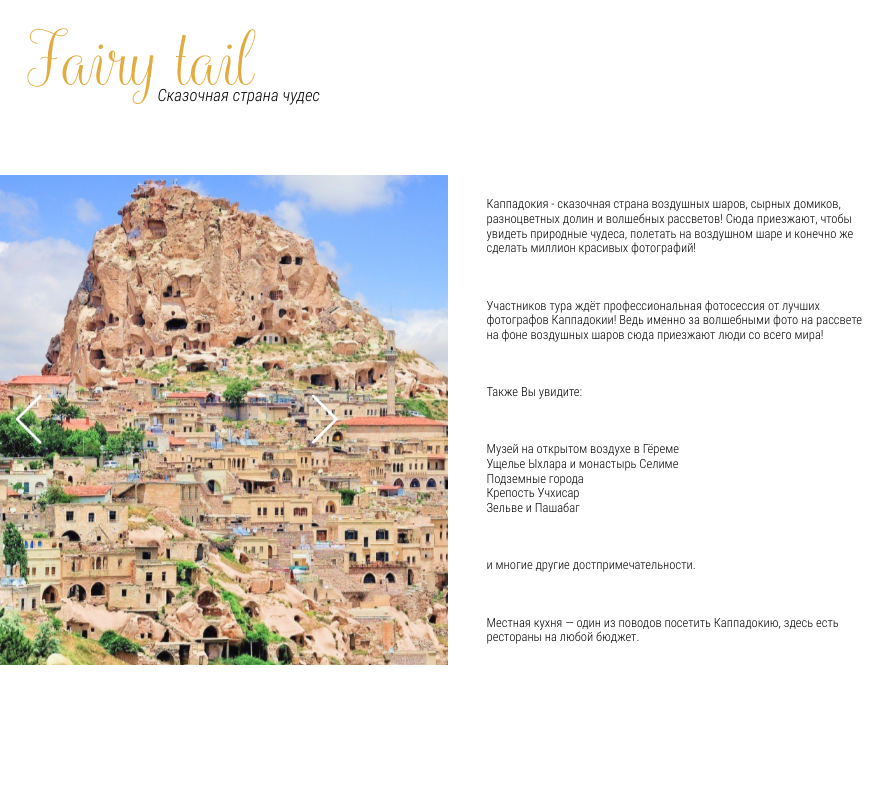
Repository: Lareeman/cappadocia
Page: index.html
The author's editor kept a copy of each file at every save. The page is drawn from the files as they stood at one save, then again after a run of saves.
The browser window is 1280 px wide. The pictures show the part of the page from y = 896 to 2816 px (the page is 2046 px tall before and 3458 px after), at 70% of full size.

Above is the page before, as saved 2024-01-27 14:12:29.

After the next 2 saves:
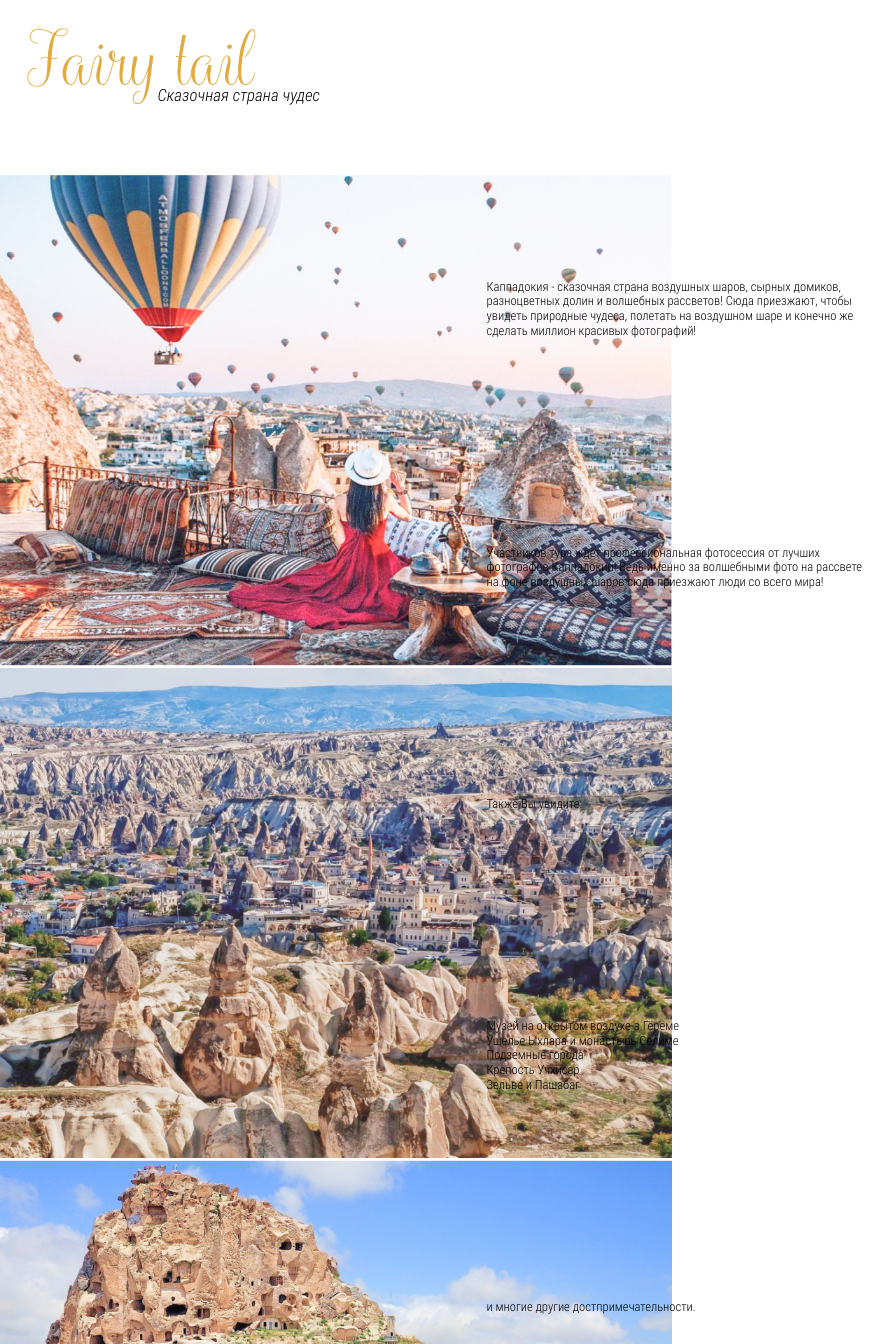
Console error: ReferenceError: fa is not defined
The 2 saves are shown as one change because they came seconds apart.
The last was saved 26 s later.
--- a/js/main.js
+++ b/js/main.js
@@ -4,6 +4,6 @@
         autoplaySpeed: 2000,
         prevArrow: '<button type="button" class="slick-prev slick-btn"><img src="images/arrow-prev.svg" alt=""></button>',
         nextArrow: '<button type="button" class="slick-next slick-btn"> <img src="images/arrow-next.svg" alt=""></button>',
-
+fa
     });
 });

After the 6 saves that followed:
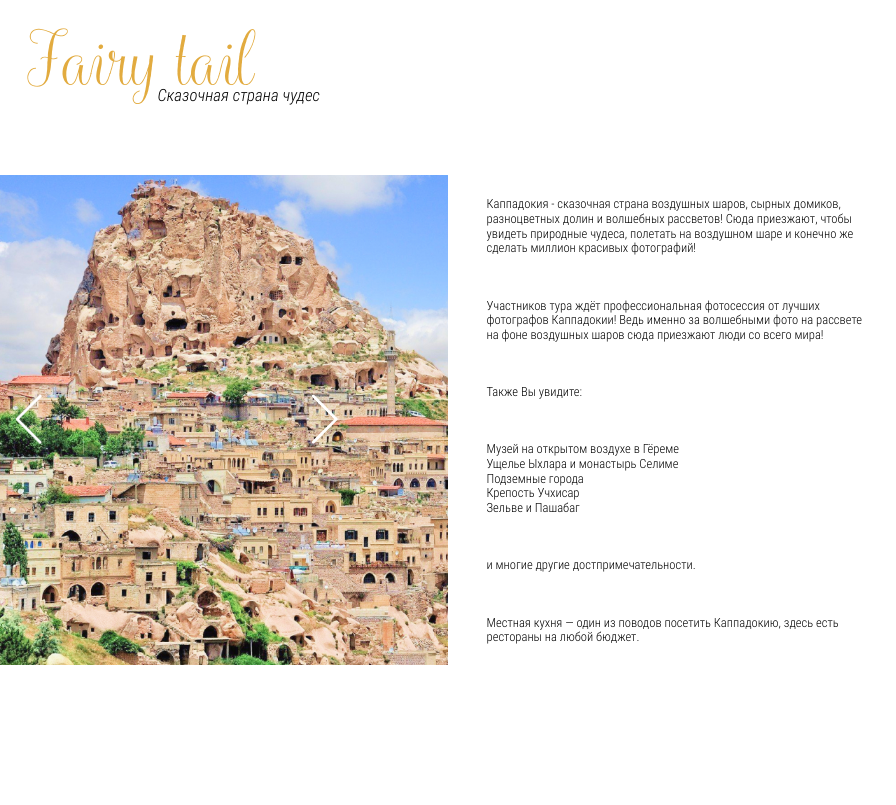
The error is gone.
The 6 saves are shown as one change because 1 left the picture as it was and some came seconds apart.
The last was saved 18 s later.
--- a/js/main.js
+++ b/js/main.js
@@ -4,6 +4,6 @@
         autoplaySpeed: 2000,
         prevArrow: '<button type="button" class="slick-prev slick-btn"><img src="images/arrow-prev.svg" alt=""></button>',
         nextArrow: '<button type="button" class="slick-next slick-btn"> <img src="images/arrow-next.svg" alt=""></button>',
-fa
+fade: true,
     });
 });
